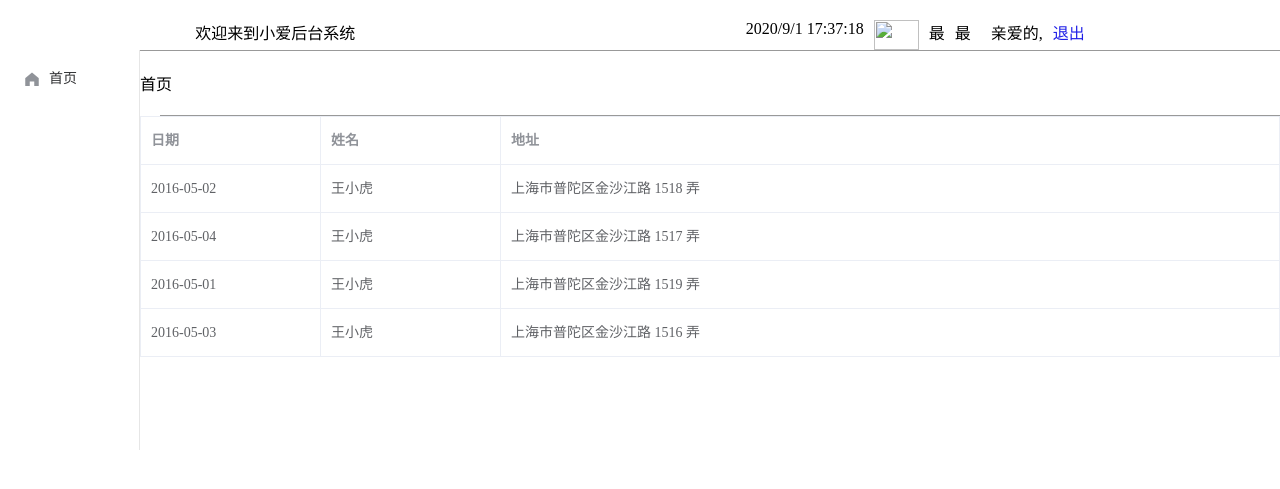
Repository: wujingwenwu/system
Page: /rights/rights
These files come from the project's save history. The page is drawn as it stood at one moment and after the next save; the edit follows.
The browser window is 1280 px wide. The pictures show the whole page.
The page's requests for data from a server got no answer. The project was rebuilt for these pictures with package versions that can differ from the ones it lists, and the page was loaded fresh each time. No one was signed in, and anything a server would have sent is missing. Also part of the build but not shown: vue.config.js, src/views/Home.vue.

Above is the page before, as saved 2020-09-01 23:00:14.

After the next save:
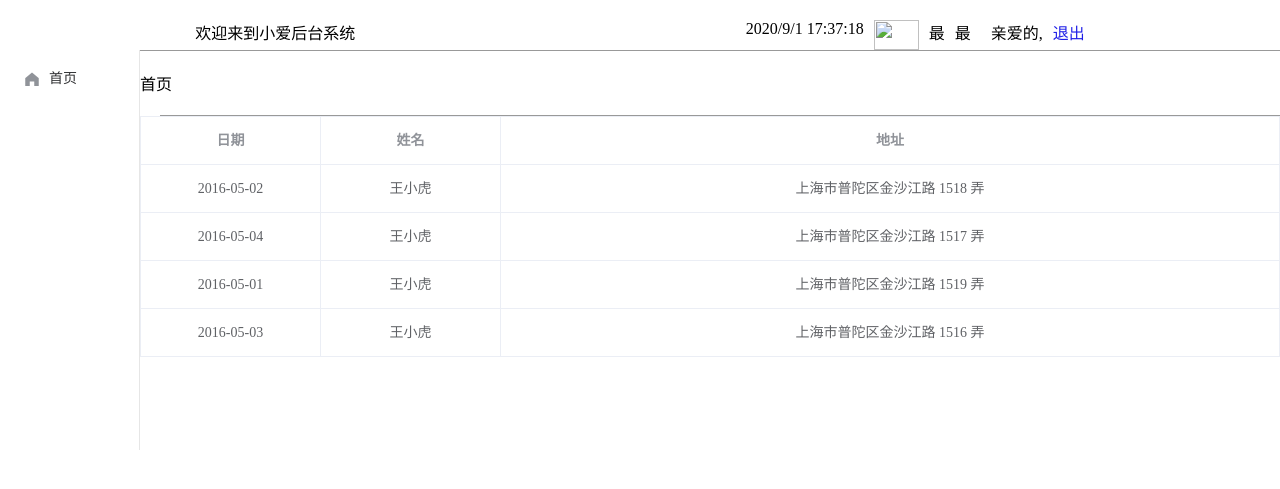
Saved 80 s later.
--- a/src/views/rights/Rights.vue
+++ b/src/views/rights/Rights.vue
@@ -6,17 +6,17 @@
     border
     style="width: 100%">
     <el-table-column
-      prop="date"
+      prop="date" align="center"
       label="日期"
       width="180">
     </el-table-column>
     <el-table-column
-      prop="name"
+      prop="name" align="center"
       label="姓名"
       width="180">
     </el-table-column>
     <el-table-column
-      prop="address"
+      prop="address" align="center"
       label="地址">
     </el-table-column>
   </el-table>
